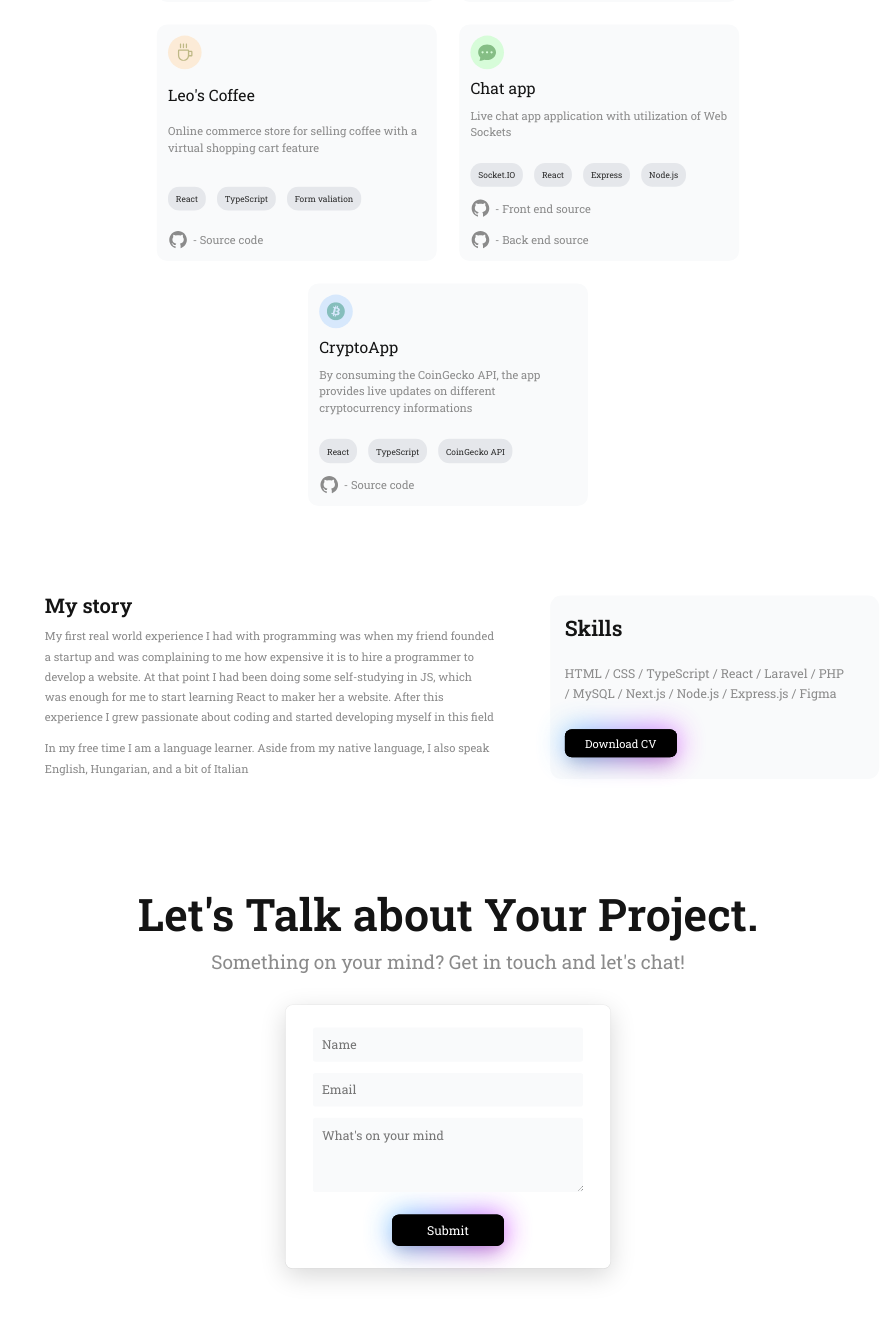
Repository: Leoka2000/portfolio-final
Page: /
An editor plug-in stored every save of this project. The page is shown before and after the next save, followed by the edit.
The browser window is 1280 px wide. The pictures show the part of the page from y = 1437 to 3357 px (the page is 3329 px tall before and 3357 px after), at 70% of full size.
Some web fonts or font styles are not loaded; a fallback is used. The project was rebuilt for these pictures with package versions that can differ from the ones it lists, and the page was loaded fresh each time. Some packages were replaced by stand-ins written for this rebuild. Also part of the build but not shown: src/App.css. Imported but missing from the stored project, and not drawn on this page: src/assets/BioNexus.mp4, src/assets/LeoCV.pdf, src/assets/ScholarSearch.mp4, src/assets/chat-app.mp4.

Above is the page before, as saved 2023-09-13 08:15:35.

### public/index.html
<!DOCTYPE html>
<html lang="en">
  <head>
    <meta charset="utf-8" />
    <link rel="icon" href="%PUBLIC_URL%/favicon.ico" />
    <meta name="viewport" content="width=device-width, initial-scale=1" />
    <meta name="theme-color" content="#000000" />
    <meta
      name="description"
      content="Web site created using create-react-app"
    />
    <link rel="apple-touch-icon" href="%PUBLIC_URL%/logo192.png" />
    <!-- font -->
    <link rel="preconnect" href="https://fonts.googleapis.com">
    <link rel="preconnect" href="https://fonts.gstatic.com" crossorigin>
    <link href="https://fonts.googleapis.com/css2?family=Fira+Sans+Extra+Condensed:wght@300&family=Roboto+Condensed:wght@300&family=Roboto+Slab:wght@400;500;600&display=swap" rel="stylesheet">

    <!-- font -->
    <link rel="manifest" href="%PUBLIC_URL%/manifest.json" />

    <title>Portfolio</title>
  </head>
  <body>
    <noscript>You need to enable JavaScript to run this app.</noscript>
    <div id="root"></div>
    <!--
      This HTML file is a template.
      If you open it directly in the browser, you will see an empty page.

      You can add webfonts, meta tags, or analytics to this file.
      The build step will place the bundled scripts into the <body> tag.

      To begin the development, run `npm start` or `yarn start`.
      To create a production bundle, use `npm run build` or `yarn build`.
    -->
  </body>
</html>

### src/pages/main/home.jsx
import React from 'react'
import Navbar from '../../compontents/navbar/navbar'
import Hero from './hero/hero'
import Work from './work/work-parent'
import About from './about/about'
import Contact from '../contact/contact'


const Home = () => {
  return (
    <>

      <Hero/>
      <Work/>
      <About/>
      <Contact/>
    </>
  )
}

export default Home

### src/compontents/navbar/navbar.css
.nav-navbar {
    display: flex;
    justify-content: flex-start;

    align-items: center;
    height: 90px;
}

.nav-navbar > span {
    display: flex;
    color: var(--h1);
    text-align: center;
    align-items: center;
    justify-content: center;
    background-color: #f5f5f5;
    font-weight: 300;
    padding: 9px 30px;
    border-radius: 30px;
    height: 2rem;
    gap: 1rem;
    width: auto;
    position: absolute;
    right: 30rem;

}
.nav-navbar > span > div {
width: 1.4rem;
border-radius: 100%;
background-color: rgb(101, 223, 101);
height: 1.4rem;
}
.dropdown-menu{
    position: absolute;
    right: 0;
    margin-right: 2rem;


}
.nav-dropdown {
    transform: none;
    transition: all 2s ease-in-out;
    margin-top: 1rem;
    background-color: #f5f5f5;
    position: absolute;
    top: 1;
    right: 0;
    border-radius: 10px;
    width: 10rem;
    height: 8.5rem;
    font-size: 1.2rem;
    transition: all .2s ease-in-out;
    box-shadow: rgba(0, 0, 0, 0.1) 0px 20px 25px -5px, rgba(0, 0, 0, 0.04) 0px 10px 10px -5px;
    opacity:1;
    transition:

     0s linear,
     1s linear;
}
.nav-dropdown::before {
    content: "";
z-index: -1;
position: absolute;
top: 0;
right: 0;
bottom: 0;
left: 0;
background: linear-gradient(-45deg,#e81cff,#40c9ff);
transform: translateZ(0) scale(.95);
filter: blur(20px);
opacity: .6;
transition: .3s;
border-radius: inherit;
transition: all 2s ease-in-out;

}
.dropdown{

    list-style: none;
    display: flex;
 flex-direction: column;
 padding: 1rem;
 transform: none;
 opacity:1;
    transition:

     0s linear,
     1s linear;


}

.dropdown > a {
    list-style: none;
    width: 84%;
    color: black;
    display: flex;
    padding: 0.5rem 1rem 0.5rem 0.7rem;
}
.dropdown > a > a {
    width: 100%;
    color: black;
}
.dropdown a:hover {
    background-color: rgb(219, 219, 219);
    cursor: pointer;
    border-radius: 10px;
    transition: 0.2s;
}
.nav-navbar > div > button {
    background-color: transparent;
    outline: none;
    border: none;
    display: flex;
    align-items: center;
    background-color: #f5f5f5;
    border-radius: 10px;

    padding: 0.8rem;
    justify-content: center;
    gap: 0.2rem;
    cursor: pointer;
    position: relative;
    transition: 0.3s;
}
.nav-navbar > div > button:hover {
background-color: rgb(228, 228, 228);
transform: scale(1.1);
}
.dropdown-menu > button > p {
    font-size: 1.2rem;
    color: black;

}
.dropdown-menu button svg {
    font-size: 1.5rem;
    color: black;
}

### src/pages/main/hero/hero.jsx
import React from 'react'
import {AiFillGithub} from 'react-icons/ai'
import {AiOutlineMail} from 'react-icons/ai'
import {AiFillLinkedin} from 'react-icons/ai'
import './hero.css'
import { Link } from 'react-scroll'

const hero = () => {
  return (
    <>
      <section className='hero-section'>
        <h1>Hi, I'm Leo, a front-end developer</h1>
        <p>I build things for the web primarily using React. Currently living in Hungary</p>
        <div className='icons-wrapper'>
          <a href='https://www.linkedin.com/in/leoreus/'><AiFillGithub/></a>
          <a href='https://github.com/Leoka2000'><AiOutlineMail/> </a>
          <a><AiFillLinkedin/></a>
        </div>
     <Link  className='hero-btn' to="contact" spy={true} smooth={true} offset={100} duration={500}>Hire me</Link>
      </section>
    </>
  )
}

export default hero

### src/pages/main/work/work-parent.jsx
import React from 'react'
import './work.css'
import Bionexus from './projects/bionexus/index'
import CoffeeApp from './projects/coffee/index'
import ChatApp from './projects/chatapp/index'
import EasyTramitt from './projects/easy/index'
import CryptoApp from './projects/cryptoapp/index'
import Inventory from './projects/inventory'
import MegyaMelo from './projects/megyamelo'



const Work = () => {
  return (
    <>
      <section id='work' className='work-section'>
        <header><h1>Selected work</h1></header>
        <main className='work-main'>
          <MegyaMelo/>
       <Inventory/>
        <EasyTramitt />
          <Bionexus />
          <CoffeeApp />
          <ChatApp />
          <CryptoApp />



        </main>


      </section>
    </>
  )
}

export default Work

### src/pages/main/hero/hero.css
.hero-section {
    display: flex;
    flex-direction: column;
    text-align: center;
    align-items: center;
    padding: 4rem 2rem 2rem 2rem;
    justify-content: center;
    gap: 1.5rem
}
.hero-section h1 {
    color: var(--h1);
    font-size: 4rem;
}
.hero-section p {
    color: var(--p);
    font-size: 2rem;
    line-height: 2.5rem;
    max-width: 45rem;

}
.icons-wrapper {
    font-size: 2rem;
    color: var(--p);
    background-color: #f5f5f5;
    border-radius: 25px;
    align-items: center;
    padding: 0.8rem 0 0.5rem 0;
    width: 12rem;
    display: flex;
    justify-content: center;
    gap: 1rem;
    cursor: pointer;

}
.icons-wrapper a {
    text-decoration: none;
    color: var(--p);
}
.icons-wrapper svg {
    transition: 0.4s;
}
.icons-wrapper svg:hover {
    color: rgb(0, 0, 0);
}


.hero-section > a {
    font-family: 'Fira Sans Extra Condensed', sans-serif;

    font-family: 'Inter', sans-serif;

    font-family: 'Roboto Condensed', sans-serif;

    font-family: 'Roboto Slab', serif;

    display: flex;
    justify-content: center;
    align-items: center;
    color: white;
    font-size: 1.3rem;
    width: 10rem;
    height: 3.5rem;
    border-radius: 10px;
    outline: none;
    background-color: black;
    border: none;
    position: relative;
    cursor: pointer;
    transition: all .2s ease-in-out;
    box-shadow: rgba(0, 0, 0, 0.1) 0px 20px 25px -5px, rgba(0, 0, 0, 0.04) 0px 10px 10px -5px;
}
.hero-section > a::before {
    content: "";
z-index: -1;
position: absolute;
top: 0;
right: 0;
bottom: 0;
left: 0;
background: linear-gradient(-45deg, #e81cff, #40c9ff);
transform: translateZ(1) scale(.98);
filter: blur(20px);
opacity: .6;
transition: opacity .3s;
border-radius: inherit;
transition: all .2s ease-in-out;
}
.hero-section > a::after {

        content: "";
        z-index: -1;
        position: absolute;
        top: 0;
        right: 0;
        bottom: 0;
        left: 0;
        background: inherit;
        border-radius: inherit;
      }

.hero-section > a:hover {
transform: scale(1.1);
background-color: white;
color: black;
}



@media screen and (max-width: 1000px) {
    .hero-section > h1 {
        color: var(--h1);
        font-size: 2rem;
    }
    .hero-section > p {
        font-size: 1.2rem;
        line-height: 1.4rem;
    }

}

### src/pages/main/work/projects/bionexus/index.jsx
import React from 'react'
import {FaBusinessTime} from 'react-icons/fa'
import {AiFillGithub} from 'react-icons/ai'

const index = () => {

  return (
    <a target='_blank' href='https://bionexusjr.com/' className='individual-wrapper'>
    <span id='work-2'><FaBusinessTime/></span>
    <h1>BioNexusJr's landing page</h1>
    <p>Landing page for Hungary's first junior enterprise - BioNexusJr. Integrated with i18next's API for implementing a translation feature between English and Hungarian</p>
    <div className='key-wrapper'>
    <span>React</span>
      <span>i18next</span>
      <span>Firebase</span>
    </div>
    <a target='_blank' href='https://github.com/Leoka2000/BioNexus-s-Website'><AiFillGithub/><p id='hover'>- Front end source</p></a>
  </a>
  )
}

export default index

### src/pages/main/work/projects/coffee/index.jsx
import React from 'react'
import {AiOutlineCoffee} from 'react-icons/ai'
import {AiFillGithub} from 'react-icons/ai'

const index = () => {
  return (
    <a target='_blank'  href='https://melodious-rabanadas-153006.netlify.app/' className='individual-wrapper'>
      <span id='work-3'><AiOutlineCoffee/></span>
      <h1>Leo's Coffee</h1>
      <p>Online commerce store for selling coffee with a virtual shopping cart feature</p>
      <div className='key-wrapper'>
        <span>React</span>
        <span>TypeScript</span>
        <span>Form valiation</span>
      </div>
      <a target='_blank' href='https://github.com/Leoka2000/e-commerce-website'><AiFillGithub/><p id='hover'>- Source code</p></a>
    </a>
  )
}

export default index

### src/pages/main/work/projects/chatapp/index.jsx
import { useState } from 'react'
import { BsFillChatDotsFill } from 'react-icons/bs'
import { AiFillGithub } from 'react-icons/ai'
import video from '../../../../../assets/chat-app.mp4'

const Index = () => {
  const [isVideoPlaying, setIsVideoPlaying] = useState(false);

  const handleVideoClick = (event) => {
    const targetElement = event.target;
    const isGithubLink = targetElement.closest('.github-link');

    if (!isGithubLink) {
      setIsVideoPlaying(true);
      disableScroll();
    }
  };

  const handleQuitVideo = () => {
    setIsVideoPlaying(false);
    enableScroll();
  };

  const disableScroll = () => {
    document.body.style.overflow = 'hidden';
  };

  const enableScroll = () => {
    document.body.style.overflow = '';
  };

  return (
    <div>
      <div onClick={handleVideoClick} className='individual-wrapper'>
        <span id='work-4'><BsFillChatDotsFill /></span>
        <h1>Chat app</h1>
        <p>Live chat app application with utilization of Web Sockets</p>
        <div className='key-wrapper'>
          <span>Socket.IO</span>
          <span>React</span>
          <span>Express</span>
          <span>Node.js</span>
        </div>
        <a target='_blank' href="https://github.com/Leoka2000/chat-app-front-end" className="github-link">
          <AiFillGithub />
          <p id="hover">- Front end source</p>
        </a>
        <a target='_blank' href="https://github.com/Leoka2000/chat-app-back-end" className="github-link">
          <AiFillGithub />
          <p id="hover">- Back end source</p>
        </a>
      </div>
      {isVideoPlaying && (
        <div className="video-overlay">
          <video src={video} controls autoPlay />
          <button onClick={handleQuitVideo}>Quit</button>
        </div>
      )}
    </div>
  )
}


export default Index

### src/pages/main/work/projects/easy/index.jsx
import React, { useState } from 'react';
import { MdTravelExplore } from 'react-icons/md';
import { AiFillGithub } from 'react-icons/ai';
import video from '../../../../../assets/ScholarSearch.mp4';

const Index = () => {
  const [isVideoPlaying, setIsVideoPlaying] = useState(false);

  const handleVideoClick = (event) => {
    const targetElement = event.target;
    const isGithubLink = targetElement.closest('.github-link');

    if (!isGithubLink) {
      setIsVideoPlaying(true);
      disableScroll();
    }
  };

  const handleQuitVideo = () => {
    setIsVideoPlaying(false);
    enableScroll();
  };

  const disableScroll = () => {
    document.body.style.overflow = 'hidden';
  };

  const enableScroll = () => {
    document.body.style.overflow = '';
  };

  return (
    <div>
      <div onClick={handleVideoClick} className="individual-wrapper">
        <span id="work-5">
          <MdTravelExplore />
        </span>
        <h1>ScholarSearch</h1>
        <p>
          This is a full stack application that was made for EasyTramitt, a
          startup that helps students from Brazil to get scholarships abroad.
        </p>
        <div className="key-wrapper">
          <span>Laravel / PHP</span>
          <span>MySQL</span>
          <span>React</span>
          <span>REST API</span>
        </div>
        <a target='_blank' href="https://github.com/Leoka2000/front-end-ScholarSearch" className="github-link">
          <AiFillGithub />
          <p id="hover">- Front end source</p>
        </a>
        <a  target='_blank' href="https://github.com/Leoka2000/back-end-laravel" className="github-link">
          <AiFillGithub />
          <p id="hover">- Back end source</p>
        </a>
      </div>

      {isVideoPlaying && (
        <div className="video-overlay">
          <video src={video} controls autoPlay />
          <button onClick={handleQuitVideo}>Quit</button>
        </div>
      )}
    </div>
  );
};

export default Index;

### src/pages/main/work/projects/cryptoapp/index.jsx
import React from 'react'
import {SiBitcoin} from 'react-icons/si'
import {AiFillGithub} from 'react-icons/ai'

const index = () => {
  return (
    <a target='_blank'  href='https://regal-macaron-8fc4ed.netlify.app/' className='individual-wrapper'>
      <span id='work-1'><SiBitcoin/></span>
      <h1>CryptoApp</h1>
      <p>By consuming the CoinGecko API, the app provides live updates on different cryptocurrency informations</p>
      <div className='key-wrapper'>
      <span>React</span>
      <span>TypeScript</span>
        <span>CoinGecko API</span>
      </div>
      <a target='_blank' href='https://github.com/Leoka2000/CryptoApp'><AiFillGithub/><p id='hover'>- Source code</p></a>
    </a>
  )
}

export default index

### src/pages/main/work/projects/inventory/index.jsx
import React, { useState } from 'react'
import { MdInventory } from 'react-icons/md'
import { AiFillGithub } from 'react-icons/ai'
import video from '../../../../../assets/BioNexus.mp4'

const Index = () => {
  const [isVideoPlaying, setIsVideoPlaying] = useState(false);

  const handleVideoClick = (event) => {
    const targetElement = event.target;
    const isGithubLink = targetElement.closest('.github-link');

    if (!isGithubLink) {
      setIsVideoPlaying(true);
      disableScroll();
    }
  };

  const handleQuitVideo = () => {
    setIsVideoPlaying(false);
    enableScroll();
  };

  const disableScroll = () => {
    document.body.style.overflow = 'hidden';
  };

  const enableScroll = () => {
    document.body.style.overflow = '';
  };

  return (
    <div>
      <div onClick={handleVideoClick} className='individual-wrapper'>
        <span id='work-2'><MdInventory /></span>
        <h1>BioNexusJr's Inventory</h1>
        <p>Full stack inventory management system with CRUD functionalities that I have developed to be utilized by the members of the enterprise.</p>
        <div className='key-wrapper'>
          <span>React</span>
          <span>TypeScript</span>
          <span>Node.js</span>
          <span>MySQL</span>
        </div>
        <a target='_blank' href="https://github.com/Leoka2000/inventory-bionexusjr" className="github-link">
          <AiFillGithub />
          <p id="hover">- Front end source</p>
        </a>
        <a target='_blank' href="https://github.com/Leoka2000/inventory-app-backend" className="github-link">
          <AiFillGithub />
          <p id="hover">- Back end source</p>
        </a>
      </div>
      {isVideoPlaying && (
        <div className="video-overlay">
          <video src={video} controls autoPlay />
          <button onClick={handleQuitVideo}>Quit</button>
        </div>
      )}
    </div>
  )
}

export default Index

### src/pages/main/work/projects/megyamelo/index.jsx
import React from 'react'
import {SiBitcoin} from 'react-icons/si'
import logo from '../../../../../assets/logo.jpg'

const Index = () => {
  return (
    <a target='_blank'  href='https://www.megyamelo.com' className='individual-wrapper'>
      <span id='work-6'><img src={logo}/></span>
      <h1>Megy a Meló</h1>
      <p>Application developed to help students of Hungarian univeristies to get jobs. It is currently being used by a variaety of students of different institutions in the country</p>
      <div className='key-wrapper'>
      <span>Angular</span>
      <span>Firebase</span>
      <span>i18next</span>
        <span>EmailJS</span>
      </div>
    </a>
  )
}

export default Index

### src/pages/main/about/about.css
.about-section {
    display: flex;
    gap: 0.5rem;
    padding: 7rem 1.5rem 5rem 4rem;
}

.left {
    display: flex;
    flex-direction: column;
    width: 50rem;
    gap: 1rem;

}
.left > h1 {
    color: var(--h1);
    font-size: 1.8rem;
}
.left > p {
    line-height: 1.8rem;
    color: var(--p);
    font-size: 1rem;
    font-weight: normal;
    -webkit-font-smoothing: antialiased;
    -moz-osx-font-smoothing: grayscale;
    width: 90%;

}

.right {
    display:flex;
    flex-direction: column;
    background-color: var(--background);
    border-radius: 16px;
    gap:1.6rem;
    padding: 1.3rem;
    justify-content: space-evenly;
    z-index: 0;
    width: 30rem;

}
.right > h1 {
    font-size: 1.9rem;
}
.right > p {
    color: var(--p);
    font-size: 1.1rem;
    line-height: 1.8rem;
    width: 95%;
}
.right-btn {
    display: flex;
    justify-content: center;
    align-items: center;
    color: white;
    font-size: 1rem;
    width: 10rem;
    height: 2.5rem;
    border-radius: 10px;
    outline: none;

    background-color: black;
    border: none;
    position: relative;
    cursor: pointer;
    transition: all .2s ease-in-out;
    box-shadow: rgba(0, 0, 0, 0.1) 0px 20px 25px -5px, rgba(0, 0, 0, 0.04) 0px 10px 10px -5px;
    font-family: 'Fira Sans Extra Condensed', sans-serif;

    font-family: 'Inter', sans-serif;

    font-family: 'Roboto Condensed', sans-serif;

    font-family: 'Roboto Slab', serif;
}
.right-btn::before {
    content:"";
z-index: -1;
position: absolute;
top: 0;
right: 0;
bottom: 0;

left: 0;
background: linear-gradient(-45deg, #e81cff, #40c9ff);
transform: translateZ(1) scale(.98);
filter: blur(20px);
opacity: 0.8;
transition: opacity .3s;
border-radius: inherit;
transition: all .2s ease-in-out;
}
.right-btn::after {

        content: "";
        z-index: -1;
        position: absolute;
        top: 0;
        right: 0;
        bottom: 0;
        left: 0;
        background: inherit;
        border-radius: inherit;
      }

      .right-btn:hover {
transform: scale(1.1);
background-color: white;
color: black;
}




@media screen and (max-width: 1150px) {
    .right {
        width: 35rem;


    }
    .left {
        width: 40rem;
        padding-left: 1.5rem;
    }
}

@media screen and (max-width: 1000px) {
    .about-section {
        flex-direction: column;
        padding-left: 0rem;
    }
    .right {
        width: 90%;



    }
    .left {
        width: 90%;
        padding-bottom: 1.5rem;


    }
    .left > p {
        width: 100%;
    }

    .right-btn {
        width: 13rem;
    }

    .right > p {

        font-size: 1.2rem;

    }
}

### src/pages/main/about/thingsido/index.jsx
import React from 'react'

const index = () => {
  return (
    <div className='left'>
            <h1>My story</h1>
            <p>My first real world experience I had with programming was when my friend founded a startup and was complaining to me how expensive it is to hire a programmer to develop a website. At that point I had been doing some self-studying in JS, which was enough for me to start learning React to maker her a website. After this experience I grew passionate about coding and started developing myself in this field</p>
            <p>In my free time I am a language learner. Aside from my native language, I also speak English, Hungarian, and a bit of Italian</p>
        </div>
  )
}

export default index

### src/pages/main/about/skills/index.jsx
import React from 'react'
import CV from '../../../../assets/LeoCV.pdf'
import './index.css'



const index = () => {
    return (
        <div className='right'>
            <h1>Skills</h1>
            <p>HTML / CSS / TypeScript / React / Laravel / PHP / MySQL / Next.js / Node.js / Express.js / Figma</p>
            <a href={CV} download className='right-btn'>Download CV</a>
        </div>
    )
}

export default index

Loaded but not shown: src/index.js (common file); src/index.css (common file); src/App.js (common file); src/pages/contact/inputs/index.js (87 lines, source omitted); src/compontents/navbar/navbar.js (35 lines, source omitted); src/pages/contact/contact.js (22 lines, source omitted); src/pages/main/about/about.js (15 lines, source omitted); src/pages/main/work/work.css (211 lines, source omitted); src/pages/contact/contact.css (158 lines, source omitted); src/pages/main/about/skills/index.css (no stored copy; drawn as an empty file)

After the next save:
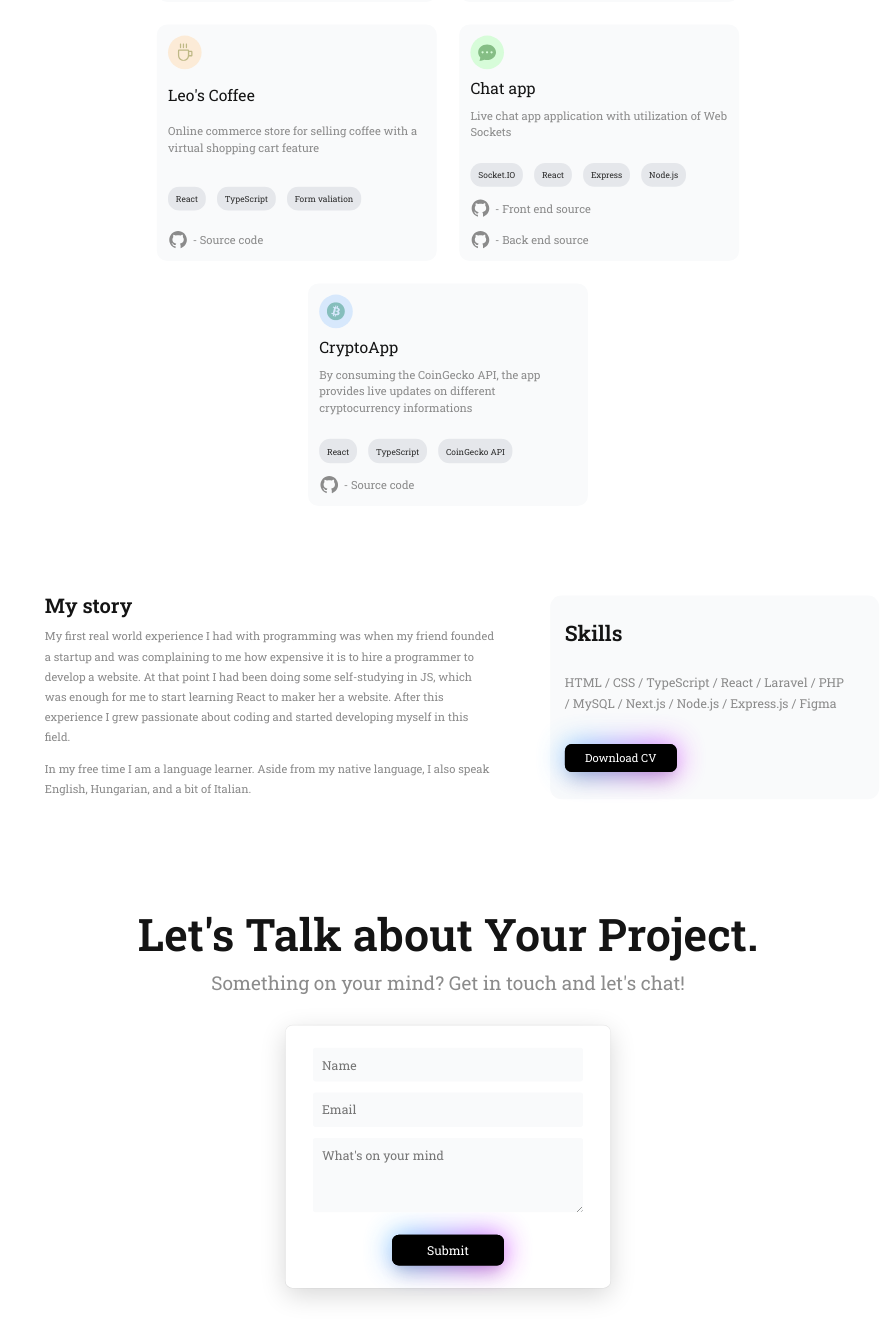
Saved 12 h 14 min later.
--- a/src/pages/main/about/thingsido/index.jsx
+++ b/src/pages/main/about/thingsido/index.jsx
@@ -4,8 +4,8 @@ const index = () => {
   return (
     <div className='left'>
             <h1>My story</h1>
-            <p>My first real world experience I had with programming was when my friend founded a startup and was complaining to me how expensive it is to hire a programmer to develop a website. At that point I had been doing some self-studying in JS, which was enough for me to start learning React to maker her a website. After this experience I grew passionate about coding and started developing myself in this field</p>
-            <p>In my free time I am a language learner. Aside from my native language, I also speak English, Hungarian, and a bit of Italian</p>
+            <p>My first real world experience I had with programming was when my friend founded a startup and was complaining to me how expensive it is to hire a programmer to develop a website. At that point I had been doing some self-studying in JS, which was enough for me to start learning React to maker her a website. After this experience I grew passionate about coding and started developing myself in this field.</p>
+            <p>In my free time I am a language learner. Aside from my native language, I also speak English, Hungarian, and a bit of Italian.</p>
         </div>
   )
 }
